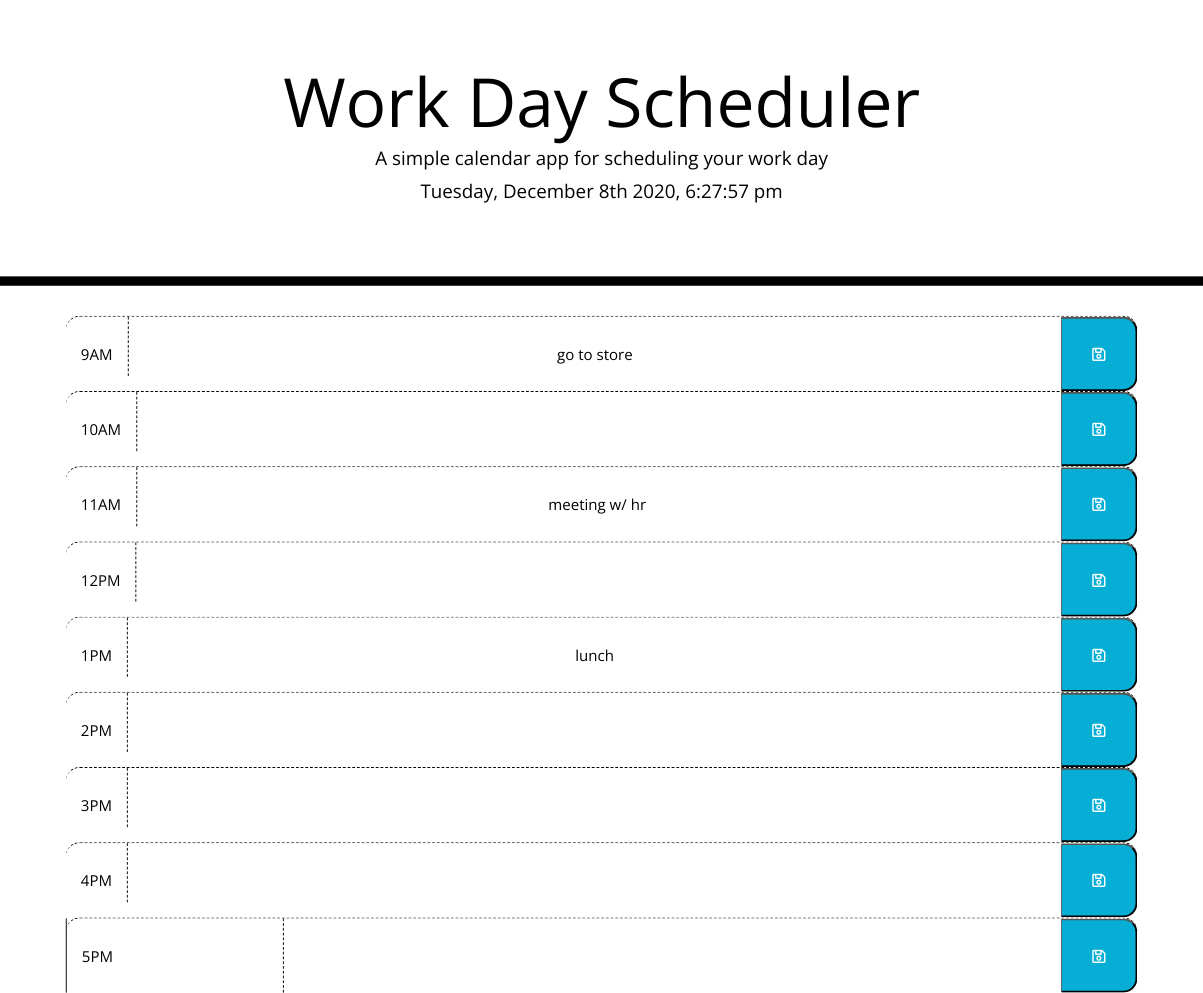
Repository: pnguyen6910/workdayscheduler
Page: index.html
An editor plug-in stored every save of this project. The page is shown before and after the next save, followed by the edit.
The browser window is 1280 px wide. The pictures show the whole page, at 94% of full size.
Some web libraries are served in a nearby version.

Above is the page before, as saved 2020-12-10 18:02:31.
Console error: ReferenceError: click is not defined

After the next save:
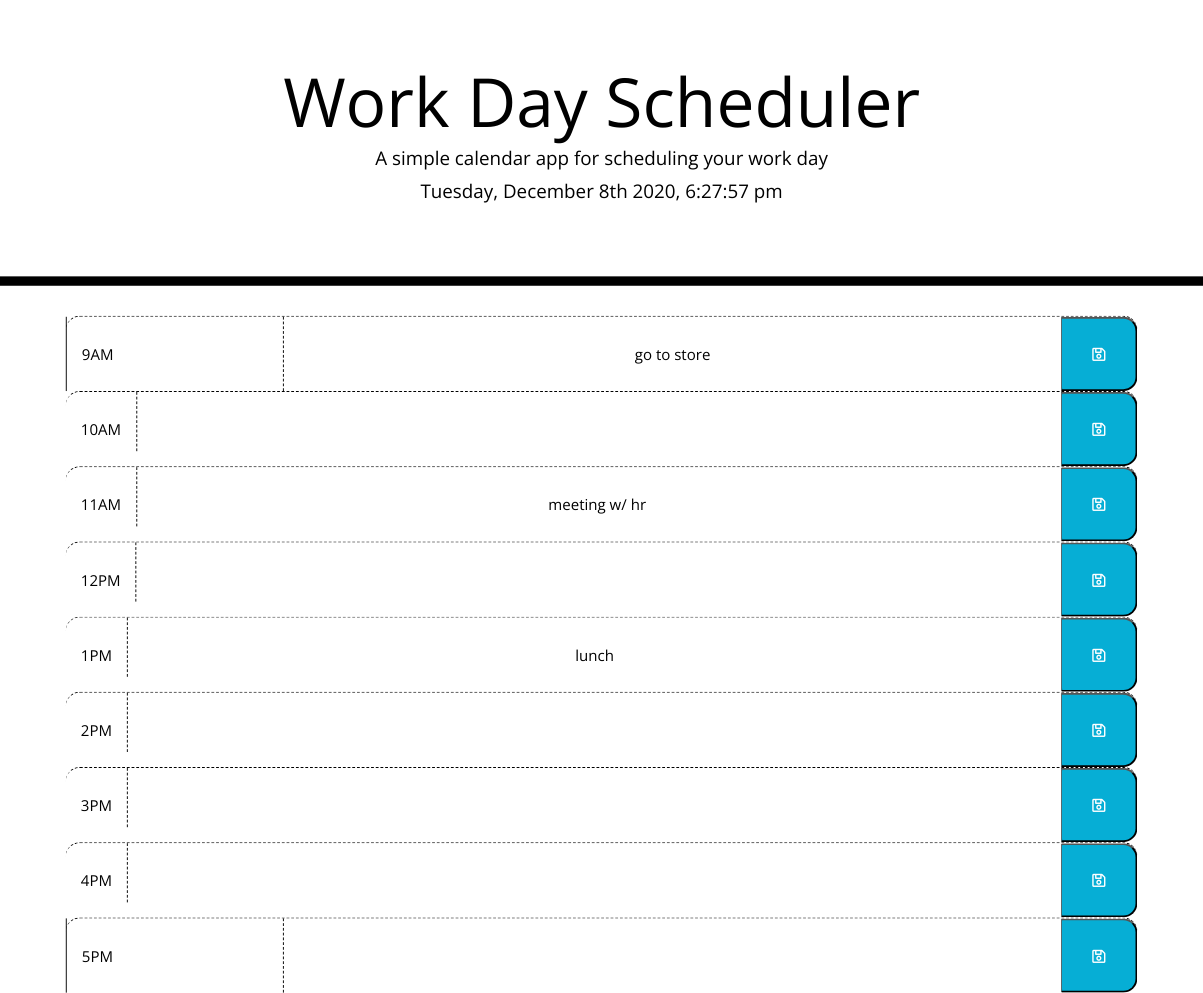
Saved 26 s later.
--- a/index.html
+++ b/index.html
@@ -31,7 +31,7 @@
     <div class="container">
       <!-- Timeblocks go here -->
       <div class="time-block row hour">
-        <p class="timeBlock">9AM</p>
+        <textarea class="timeBlock">9AM</textarea>
         <p class="task">go to store</p>
         <button class="saveBtn"><i class="far fa-save"></i></button>
       </div>
